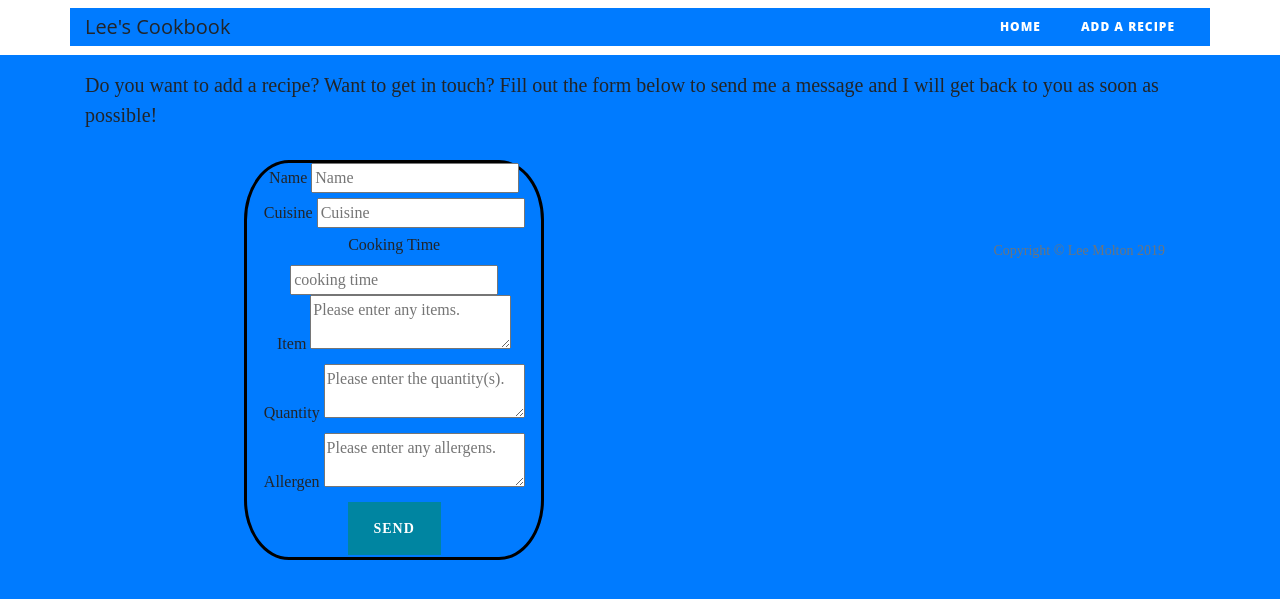
Repository: leemolton/recipes-project
Page: http://localhost/add_recipe
The author's editor kept a record of every edit. The page is drawn from the files as they stood at one moment, then again after the next edit.
The browser window is 1280 px wide. The pictures show the whole page.
The page is served by the project's application, run on Flask 3 (run.py). Queries for data that is not in the repository find no rows.

Above is the page before.

After the next edit:
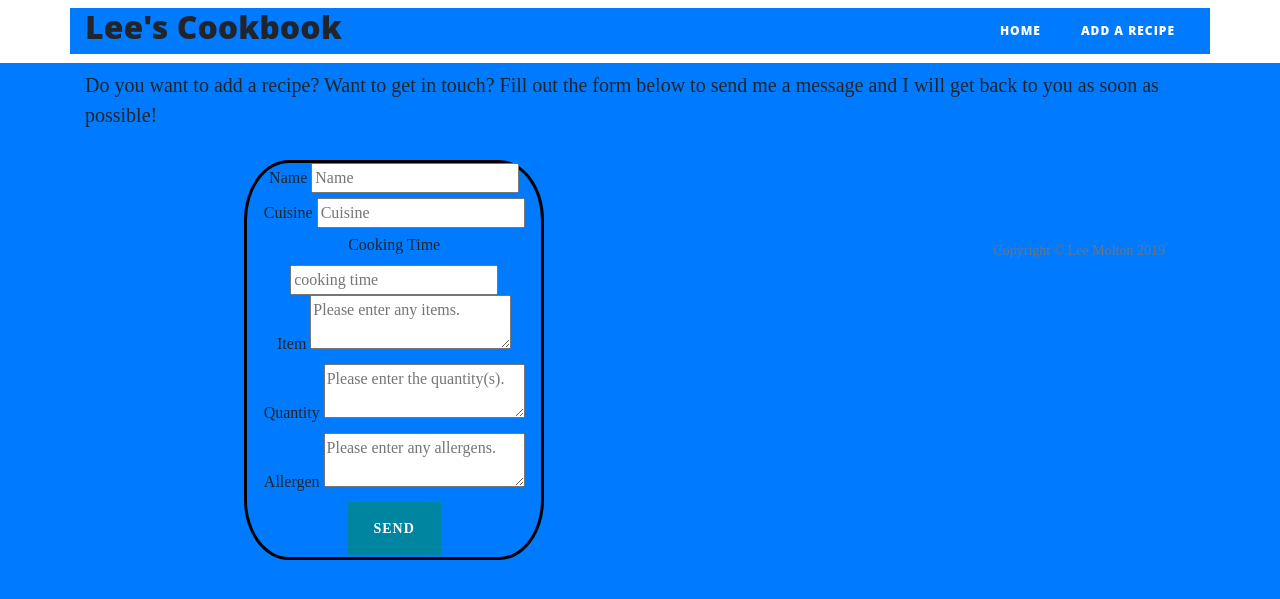
The edit:
--- a/templates/base.html
+++ b/templates/base.html
@@ -10,7 +10,7 @@
        <!-- Navigation -->
     <nav class="navbar navbar-expand-lg navbar-light fixed-top" id="mainNav">
       <div class="container">
-        <a href="{{url_for('get_recipes')}}" class="brand-logo">Lee's Cookbook</a>
+        <h2>Lee's Cookbook</h2>
         <div class="collapse navbar-collapse" id="navbarResponsive">
           <ul class="navbar-nav ml-auto">
             <li class="nav-item">
